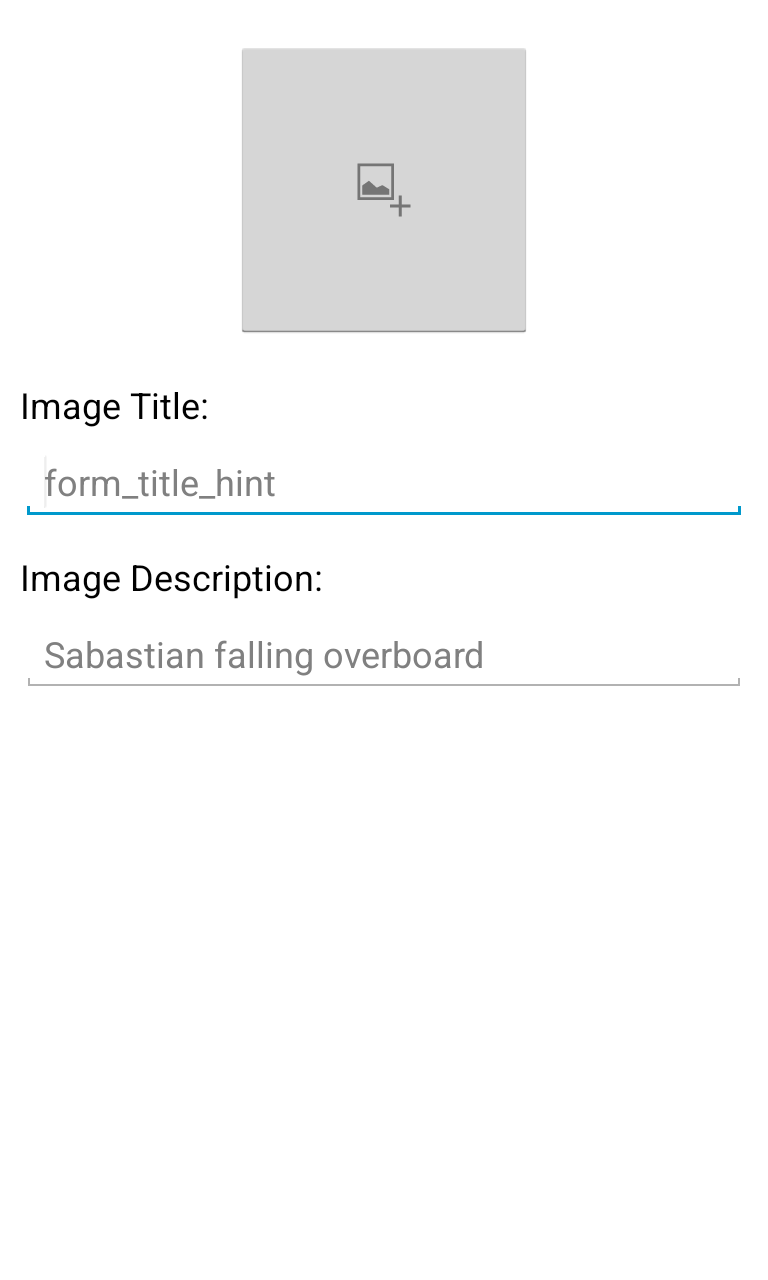
Repository: laurenelder/MDF3
Layout: Week 4/PhotoLocationApp/res/layout/activity_form.xml
The author's editor kept a copy of each file at every save. The layout is drawn from the files as they stood at one save, then again after the next save.
It is drawn on a 768 x 1280 px phone screen (xhdpi) without system bars, with theme AppTheme; the app's code is not run.

Above is the layout before, as saved 2014-09-22 23:59:49.

### Week 4/PhotoLocationApp/res/layout/activity_form.xml
<?xml version="1.0" encoding="utf-8"?>
<LinearLayout xmlns:android="http://schemas.android.com/apk/res/android"
    android:layout_width="match_parent"
    android:layout_height="match_parent"
    android:orientation="vertical" >

    <ImageButton
        android:id="@+id/addImage"
        android:layout_width="150dp"
        android:layout_height="150dp"
        android:layout_gravity="center"
        android:layout_marginTop="20dp"
        android:contentDescription="@string/add_image"
        android:src="@drawable/ic_action_new_picture" />

    <TextView
        android:id="@+id/textView1"
        android:layout_width="wrap_content"
        android:layout_height="wrap_content"
        android:layout_marginTop="20dp"
        android:layout_marginLeft="10dp"
        android:layout_marginRight="10dp"
        android:text="@string/form_title"
        android:textAppearance="?android:attr/textAppearanceMedium" />

    <EditText
        android:id="@+id/editText1"
        android:layout_width="match_parent"
        android:layout_height="wrap_content"
        android:layout_marginTop="7dp"
        android:layout_marginLeft="10dp"
        android:layout_marginRight="10dp"
        android:hint="form_title_hint"
        android:ems="10" >

        <requestFocus />
    </EditText>

    <TextView
        android:id="@+id/textView2"
        android:layout_width="wrap_content"
        android:layout_height="wrap_content"
        android:layout_marginTop="15dp"
        android:layout_marginLeft="10dp"
        android:layout_marginRight="10dp"
        android:text="@string/form_description"
        android:textAppearance="?android:attr/textAppearanceMedium" />

    <EditText
        android:id="@+id/editText2"
        android:layout_width="match_parent"
        android:layout_height="wrap_content"
        android:layout_marginTop="7dp"
        android:layout_marginLeft="10dp"
        android:layout_marginRight="10dp"
        android:hint="@string/form_description_hint"
        android:ems="10" />

</LinearLayout>

### Week 4/PhotoLocationApp/res/values/strings.xml
<?xml version="1.0" encoding="utf-8"?>
<resources>

    <string name="app_name">Photo Location App</string>
    <string name="hello_world">Hello world!</string>
    <string name="action_item">Item</string>
    <string name="add_image">Add Image Thumbnail Button</string>
    <string name="form_title">Image Title:</string>
    <string name="form_description">Image Description:</string>
    <string name="form_title_hint">Canoe Trip</string>
    <string name="form_description_hint">Sabastian falling overboard</string>
    <string name="data_file_name">storedData.txt</string>

</resources>

Loaded but not shown: Week 4/PhotoLocationApp/res/values/styles.xml (common file); Week 4/PhotoLocationApp/res/values-v11/styles.xml (common file); Week 4/PhotoLocationApp/res/values-v14/styles.xml (common file)

After the next save:
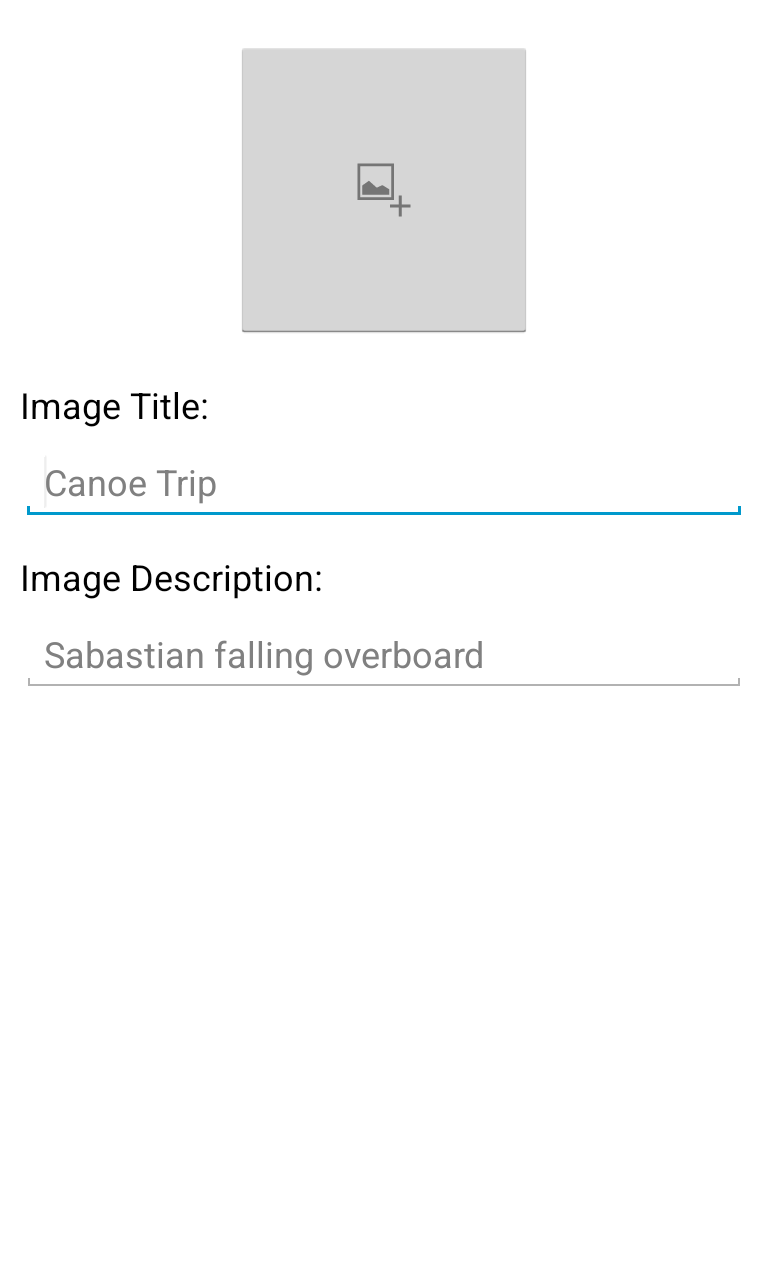
Saved 7 s later.
--- a/Week 4/PhotoLocationApp/res/layout/activity_form.xml
+++ b/Week 4/PhotoLocationApp/res/layout/activity_form.xml
@@ -30,7 +30,7 @@
         android:layout_marginTop="7dp"
         android:layout_marginLeft="10dp"
         android:layout_marginRight="10dp"
-        android:hint="form_title_hint"
+        android:hint="@string/form_title_hint"
         android:ems="10" >
 
         <requestFocus />
